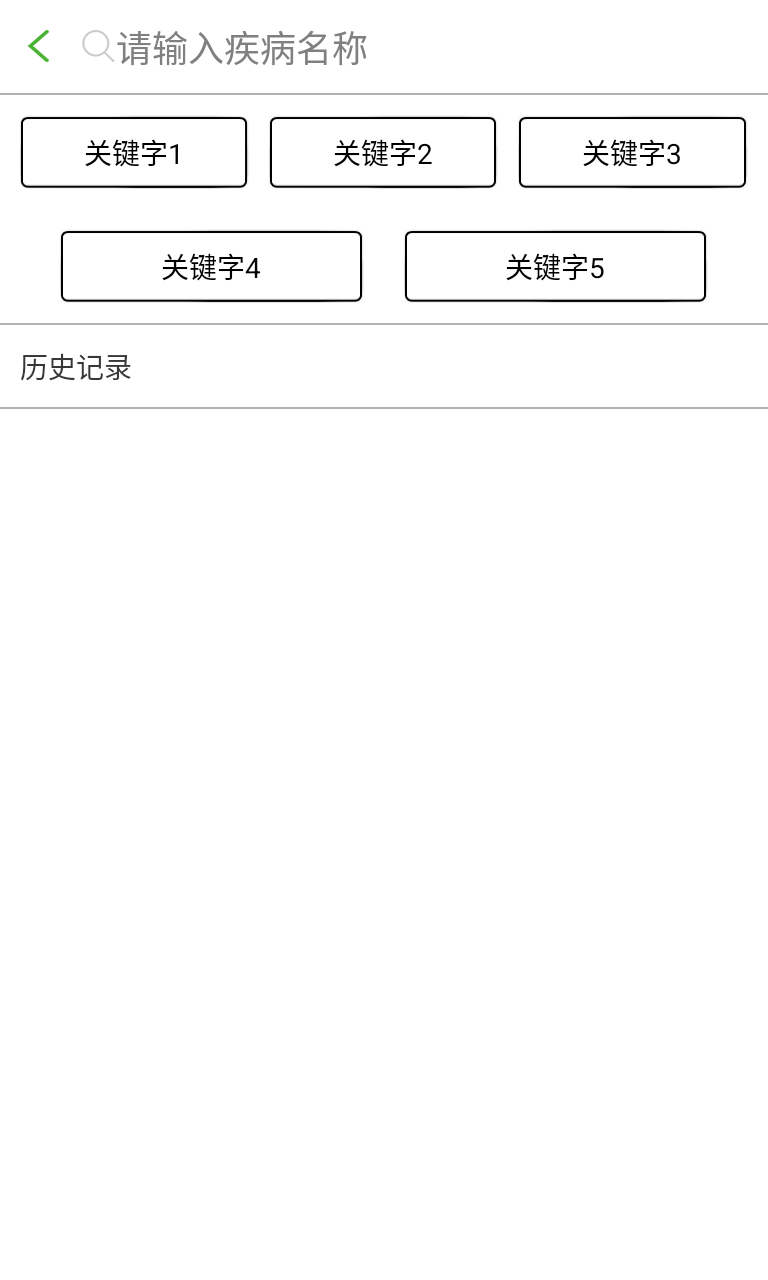
Repository: hjhlove110/XYApp
Layout: XYApp/res/layout/serache_view.xml
An editor plug-in stored every save of this project. The layout is shown before and after the next save, followed by the edit.
It is drawn on a 768 x 1280 px phone screen (xhdpi) without system bars, with theme Translucent; the app's code is not run. Lists and similar views that code fills are empty.

Above is the layout before, as saved 2015-09-23 05:58:41.

After the next save:
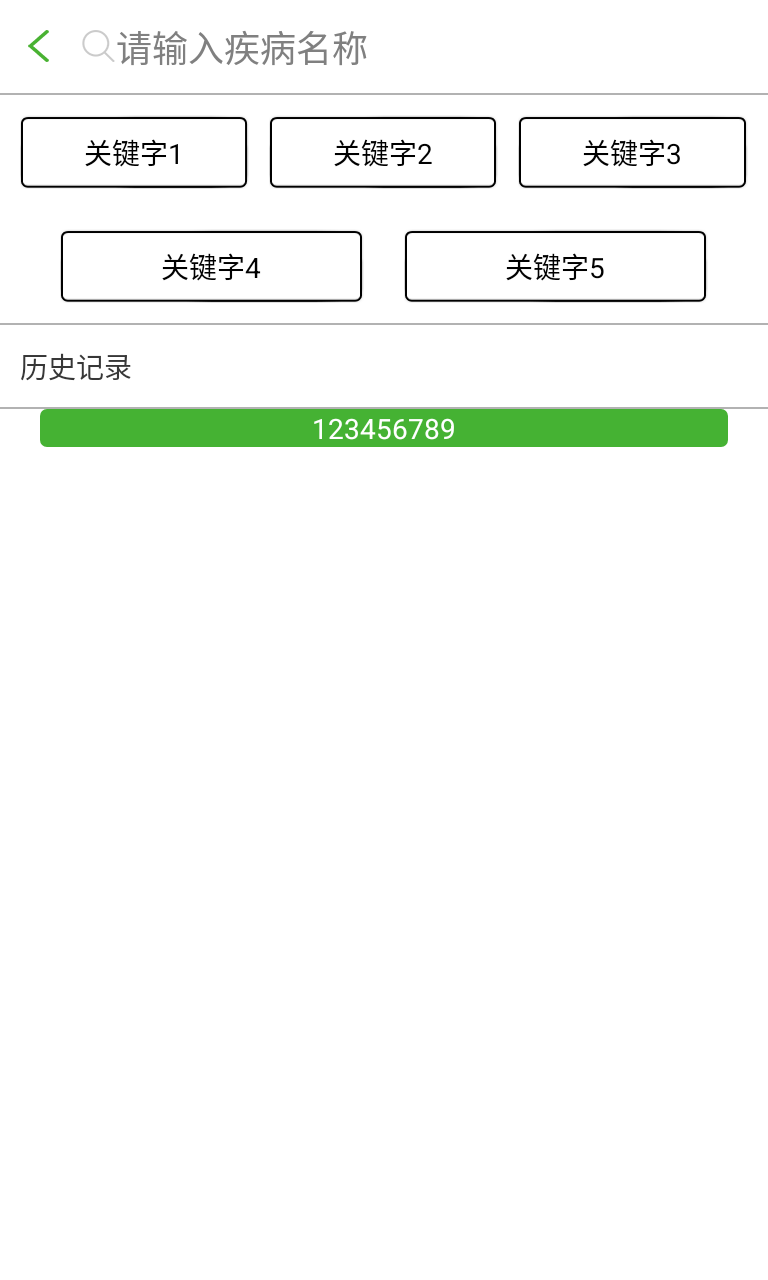
Saved 82 s later.
--- a/XYApp/res/layout/serache_view.xml
+++ b/XYApp/res/layout/serache_view.xml
@@ -129,4 +129,14 @@
         android:layout_height="wrap_content" >
     </ListView>
 
+    <Button
+        android:id="@+id/sendMsg"
+        android:layout_width="match_parent"
+        android:layout_height="wrap_content"
+        android:layout_marginLeft="20dp"
+        android:layout_marginRight="20dp"
+        android:background="@drawable/btn_bg_shape"
+        android:text="123456789"
+        android:textColor="#ffffff" />
+
 </LinearLayout>
